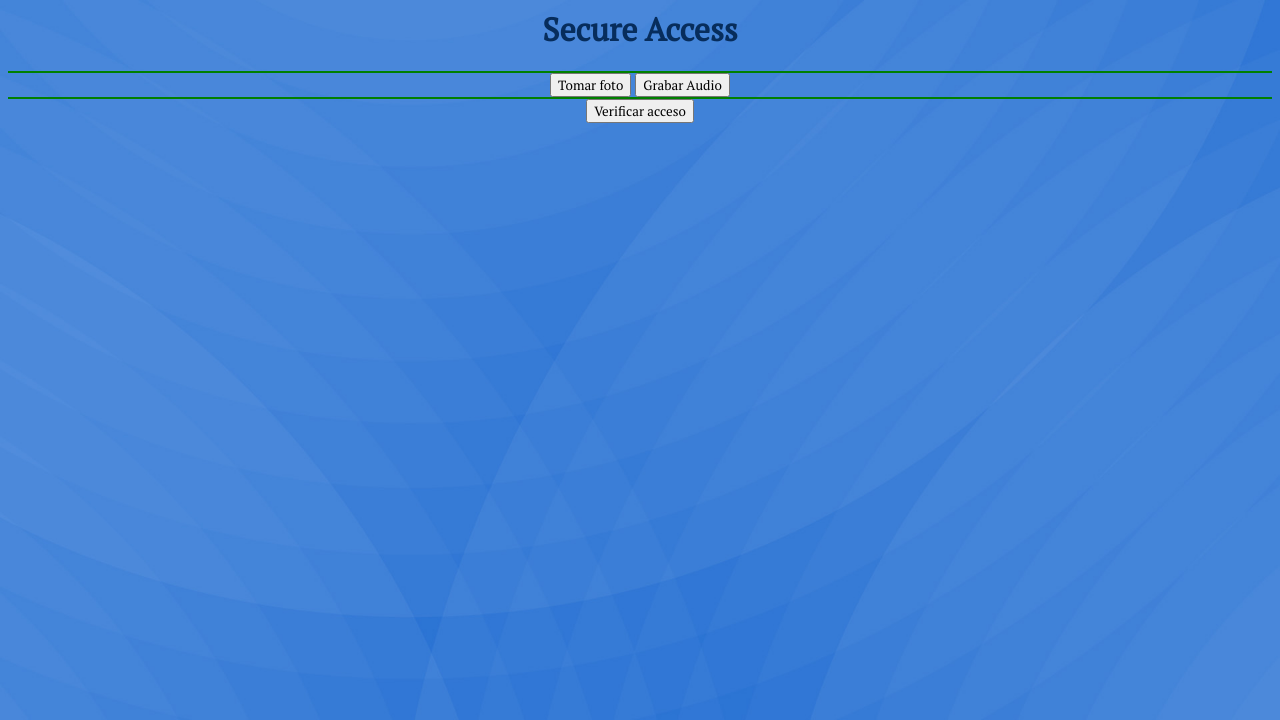
Repository: dabarreiroh/SECURE-ACCESS
Page: accessecure/templates/home/index.html
These files come from the project's save history. The page is drawn as it stood at one moment and after the next save; the edit follows.
The browser window is 1280 px wide. The pictures show the whole page.

Above is the page before, as saved 2020-03-16 23:25:52.

### accessecure/templates/home/index.html
<html>
    <head>
        <link rel="stylesheet" href="./../../static/admin/css/index/index.css">
        <link href="https://fonts.googleapis.com/css?family=PT+Serif&display=swap" rel="stylesheet">

    </head>
<body>

<h1>Secure Access</h1>

<div class="options">
    <input type="button" value="Tomar foto" onClick="window.location.href='photo'">
    <input type="button" value="Grabar Audio" onClick="window.location.href='audio'">
</div>


<div>
    <input type="button" value="Verificar acceso" onClick="window.location.href='verified'">
</div>

</body>
</html>

### accessecure/static/admin/css/index/index.css
*{
    text-align: center;
    font-family: 'PT Serif', serif;
}

body{
    background-image: url(../../img/background.jpg);
    background-size: cover;
}

h1{
    /* color: #1D3759; */
    color: #072D5C;
}

hr{
    border: 1px solid darkblue;
    width: 90vw;
}

.options{
    border: solid green;
    border-width: 2px 0px;
}

After the next save:
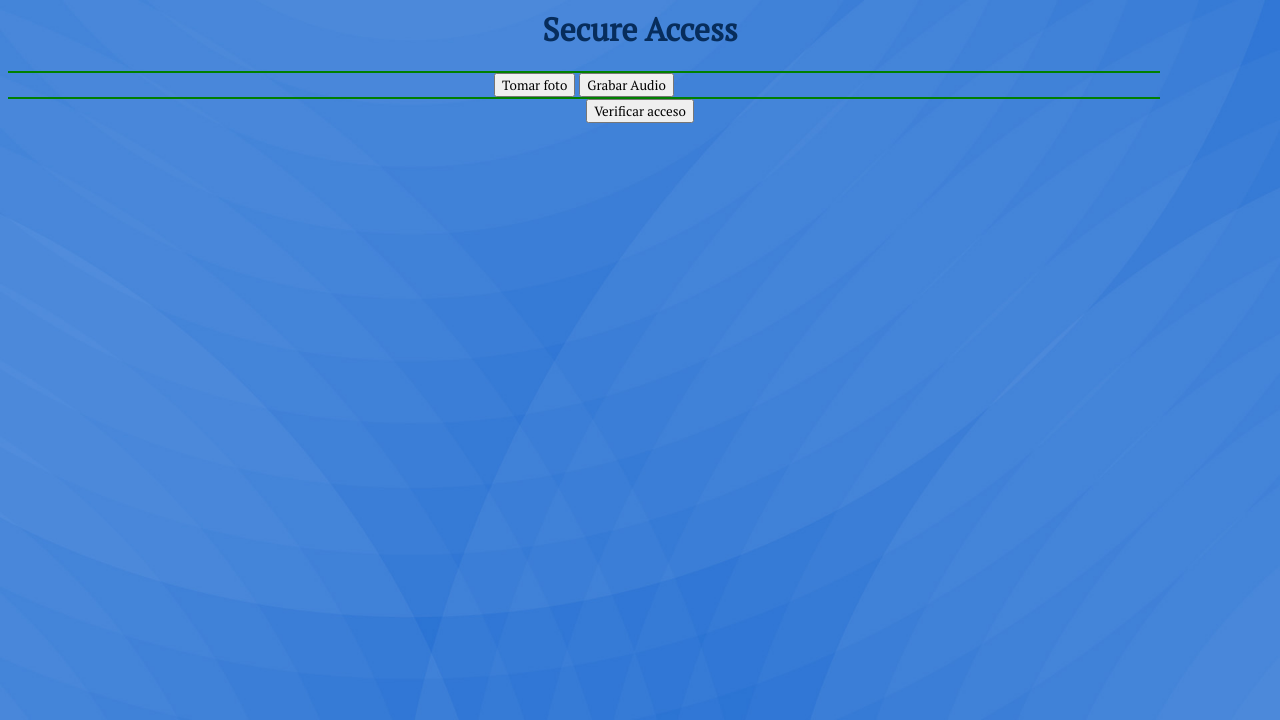
Saved 18 s later.
--- a/accessecure/static/admin/css/index/index.css
+++ b/accessecure/static/admin/css/index/index.css
@@ -21,4 +21,5 @@ hr{
 .options{
     border: solid green;
     border-width: 2px 0px;
+    width: 90vw;
 }
